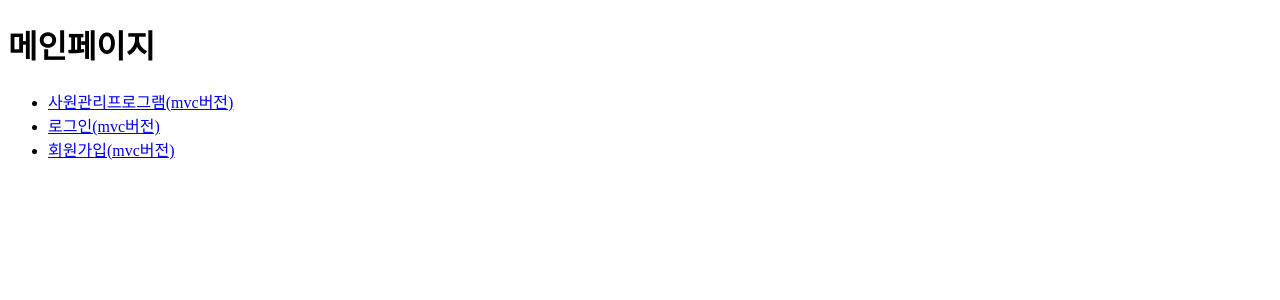
Repository: sdfg6213/clonecoding
Page: http://localhost/myweb2/
An editor plug-in stored every save of this project. The page is shown before and after the next save, followed by the edit.
The browser window is 1280 px wide. The pictures show the whole page.
The page is served by Tomcat 9.

Above is the page before, as saved 2025-04-29 07:29:57.

After the next save:
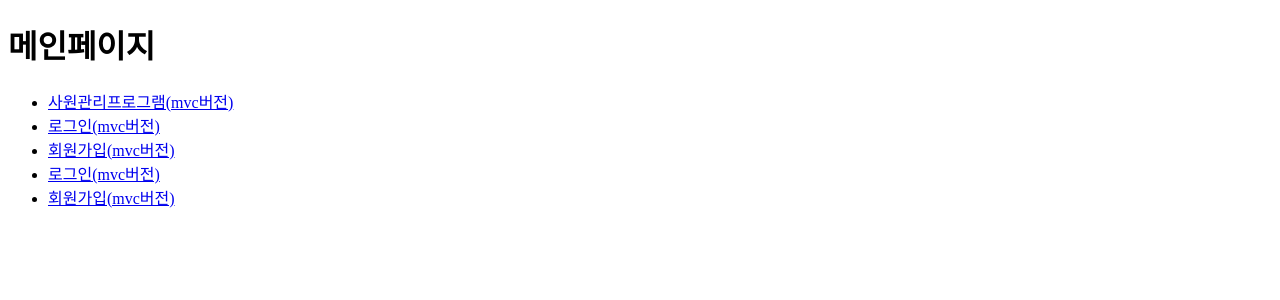
Saved 2 min 14 s later.
--- a/myweb2/src/main/webapp/index.jsp
+++ b/myweb2/src/main/webapp/index.jsp
@@ -15,6 +15,15 @@
 	<li><a href="login.yong">로그인(mvc버전)</a></li>
 	<li><a href="join.yong">회원가입(mvc버전)</a></li>
 	</c:if>
+	<c:choose>
+	<c:when test="${empty sessionScope.id }">
+		<li><a href="login.yong">로그인(mvc버전)</a></li>
+		<li><a href="join.yong">회원가입(mvc버전)</a></li>
+	</c:when>
+	<c:otherwise>
+		<li>${sessionScope.id}님 로그인 중입니다.
+	</c:otherwise>
+	</c:choose>
 
 </ul>
 </body>

After the save that followed:
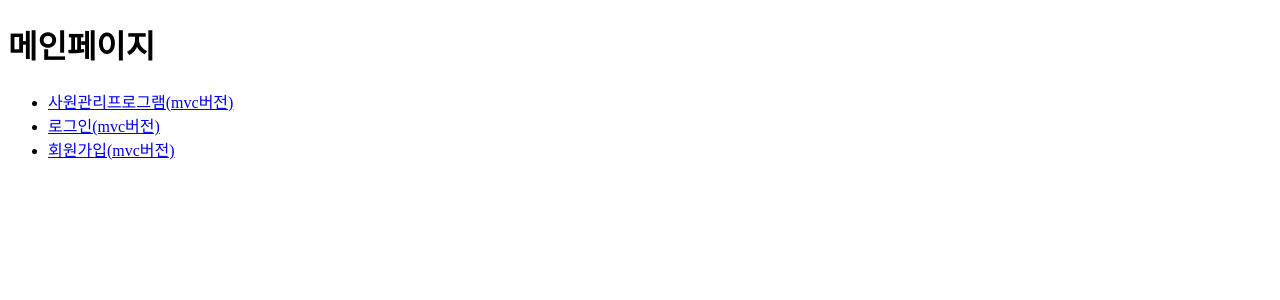
Saved 40 s later.
--- a/myweb2/src/main/webapp/index.jsp
+++ b/myweb2/src/main/webapp/index.jsp
@@ -11,10 +11,6 @@
 <h1>메인페이지</h1>
 <ul>
 	<li><a href="emp.yong">사원관리프로그램(mvc버전)</a></li>
-	<c:if test="${empty sessionScope.id }">
-	<li><a href="login.yong">로그인(mvc버전)</a></li>
-	<li><a href="join.yong">회원가입(mvc버전)</a></li>
-	</c:if>
 	<c:choose>
 	<c:when test="${empty sessionScope.id }">
 		<li><a href="login.yong">로그인(mvc버전)</a></li>
